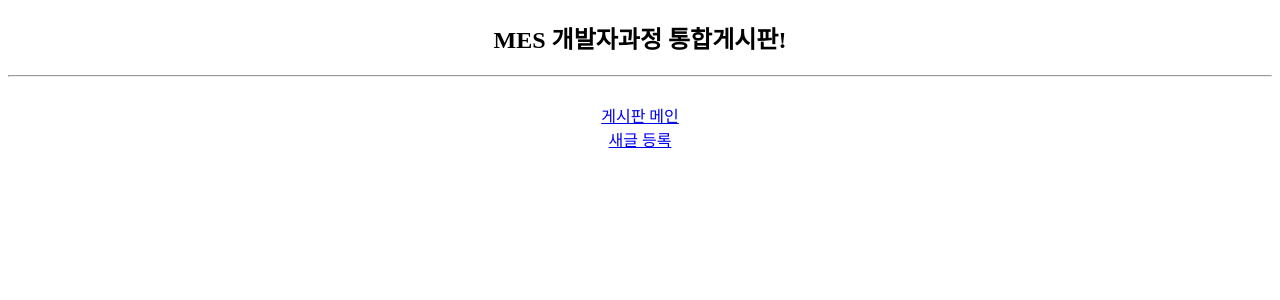
Repository: fffight88/MESboard
Page: http://localhost/practice_board_mvc/jsp/index.jsp
The author's editor kept a copy of each file at every save. The page is drawn from the files as they stood at one save, then again after the next save.
The browser window is 1280 px wide. The pictures show the whole page.
The page is served by Tomcat 9. Other server files are loaded and not shown.

Above is the page before, as saved 2022-09-15 06:31:40.

### practice_board_mvc/src/main/webapp/jsp/index.jsp
<%@ page language="java" contentType="text/html; charset=UTF-8"
    pageEncoding="UTF-8"%>
<!DOCTYPE html>
<html>
<head>
<meta charset="UTF-8">
<title>MES 개발자과정 통합게시판</title>
</head>
<body>
	<div align="center">
		<h2>MES 개발자과정 통합게시판!</h2>
		<hr>
		<br>
		<a href="${ pageContext.request.contextPath }/board/list.do">게시판 메인</a><br>
<!-- 		<a href="${ pageContext.request.contextPath }/board/writeForm.do" target='_blank'>새글 등록</a><br>
		<a href="${ pageContext.request.contextPath }/login/loginForm.do" target='_blank'>로그인</a><br>
		<a href="${ pageContext.request.contextPath }/login/joinForm.do" target='_blank'>회원가입</a><br>  -->
		<a href='${ pageContext.request.contextPath }/board/writeForm.do' onclick="window.open(this.href, 'writeForm', 'width=700, height=500, toolbar=1'); return false;">새글 등록</a>
	</div>
</body>
</html>

After the next save:
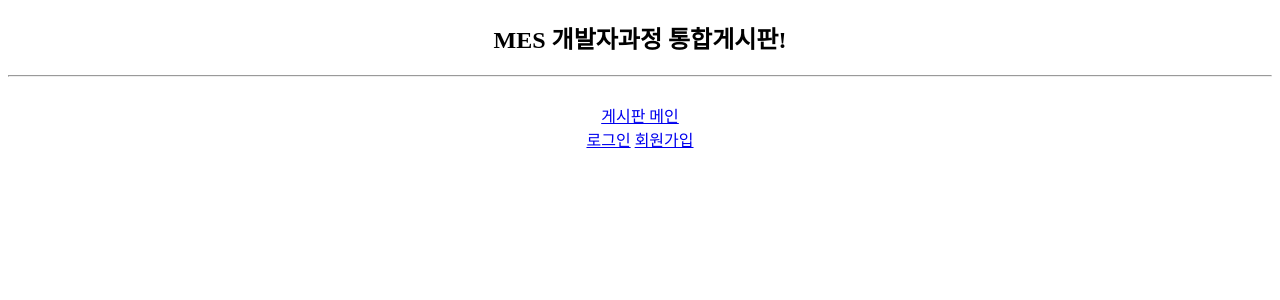
Saved 28 min 24 s later.
--- a/practice_board_mvc/src/main/webapp/jsp/index.jsp
+++ b/practice_board_mvc/src/main/webapp/jsp/index.jsp
@@ -12,10 +12,9 @@
 		<hr>
 		<br>
 		<a href="${ pageContext.request.contextPath }/board/list.do">게시판 메인</a><br>
-<!-- 		<a href="${ pageContext.request.contextPath }/board/writeForm.do" target='_blank'>새글 등록</a><br>
-		<a href="${ pageContext.request.contextPath }/login/loginForm.do" target='_blank'>로그인</a><br>
-		<a href="${ pageContext.request.contextPath }/login/joinForm.do" target='_blank'>회원가입</a><br>  -->
-		<a href='${ pageContext.request.contextPath }/board/writeForm.do' onclick="window.open(this.href, 'writeForm', 'width=700, height=500, toolbar=1'); return false;">새글 등록</a>
+<!-- 		<a href='${ pageContext.request.contextPath }/board/writeForm.do' onclick="window.open(this.href, 'writeForm', 'width=700, height=500, toolbar=1'); return false;">새글 등록</a> -->
+		<a href='${ pageContext.request.contextPath }/login/loginForm.do' onclick="window.open(this.href, 'writeForm', 'width=700, height=500, toolbar=1'); return false;">로그인</a>
+		<a href='${ pageContext.request.contextPath }/login/joinForm.do' onclick="window.open(this.href, 'writeForm', 'width=700, height=500, toolbar=1'); return false;">회원가입</a>
 	</div>
 </body>
 </html>
